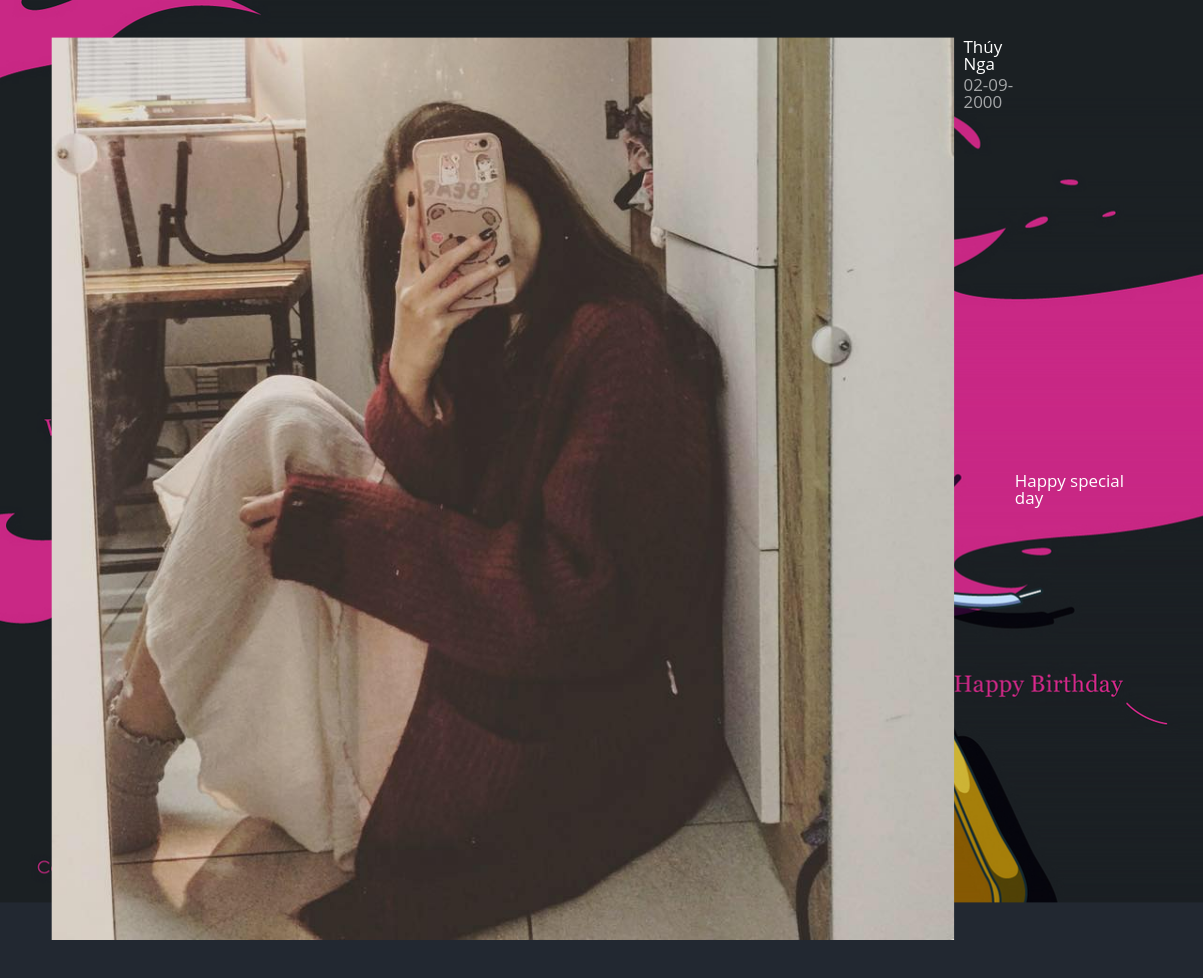
Repository: Datt21/p-happyB
Page: index.html
These files come from the project's save history. The page is drawn as it stood at one moment and after the next save; the edit follows.
The browser window is 1280 px wide. The pictures show the whole page, at 94% of full size.
Some icons come from a web library that is not loaded, so they are not drawn.

Above is the page before, as saved 2021-08-31 04:41:06.

### index.html
<!DOCTYPE html>
<html lang="en">
<head>
    <meta charset="UTF-8">
    <meta http-equiv="X-UA-Compatible" content="IE=edge">
    <meta name="viewport" content="width=device-width, initial-scale=1.0">
    <title>Document</title>
    <link rel="stylesheet" href="https://unicons.iconscout.com/release/v4.0.0/css/line.css">
    <link rel="stylesheet" href="./app.css">
</head>
<body>
<div class="wrapper">
    <header class="header">
        <div class="container">
            <div class="header-main">
                <div class="header-info">
                    <img src="./images/lemon.jpg" alt="" class="img-logo">
                    <div class="info">
                        <div class="info-name">Thúy Nga</div>
                        <div class="birth-day">02-09-2000 <i class="uil uil-users-alt"></i> </div>
                    </div>
                </div>

                <div class="menu">
                    <span class="text">Happy special day</span>
                </div>

                <div class="icon-gift">
                    <a href=""><i class="uil uil-gift"></i></a>
                </div>
            </div>
        </div>
    </header>
</div>
    <script src="./app.js"></script>
</body>
</html>

### app.css
html {
    box-sizing: border-box;
}

* {
    margin: 0;
    padding: 0;
}

*,
*:before,
*:after {
    box-sizing: border-box;
}

a {
    text-decoration: none;
}

img {
    display: block;
    max-width: 100%;
}

html {
    scroll-behavior: smooth;
}

body {
    font-family: "Open sans", sans-serif;
    font-size: 18px;
    line-height: 1;
    color: white;
    background-color: #222831;
    overflow-x: hidden;
}

.wrapper {
    max-width: 1700px;
    margin: 0 auto;
    background: url("../images/banner.jpg") no-repeat top/100%;
    position: relative;
}

.container {
    max-width: 1200px;
    margin: 0 auto;
    padding: 0 15px;
}

.img-logo {
    /* max-width: 40px;
    max-height: 40px;
    border-radius: 50%; */
}

.header-main {
    display: flex;
    justify-content: space-between;
    align-items: center;
    padding: 40px 0;
}

.header-info {
    display: flex;
    gap: 0 10px;
}

.info-name {
    padding-bottom: 5px;
}

.birth-day {
    opacity: 0.6;
}

Loaded but not shown: app.js (no copy from this time; the picture is the same without it)

After the next save:
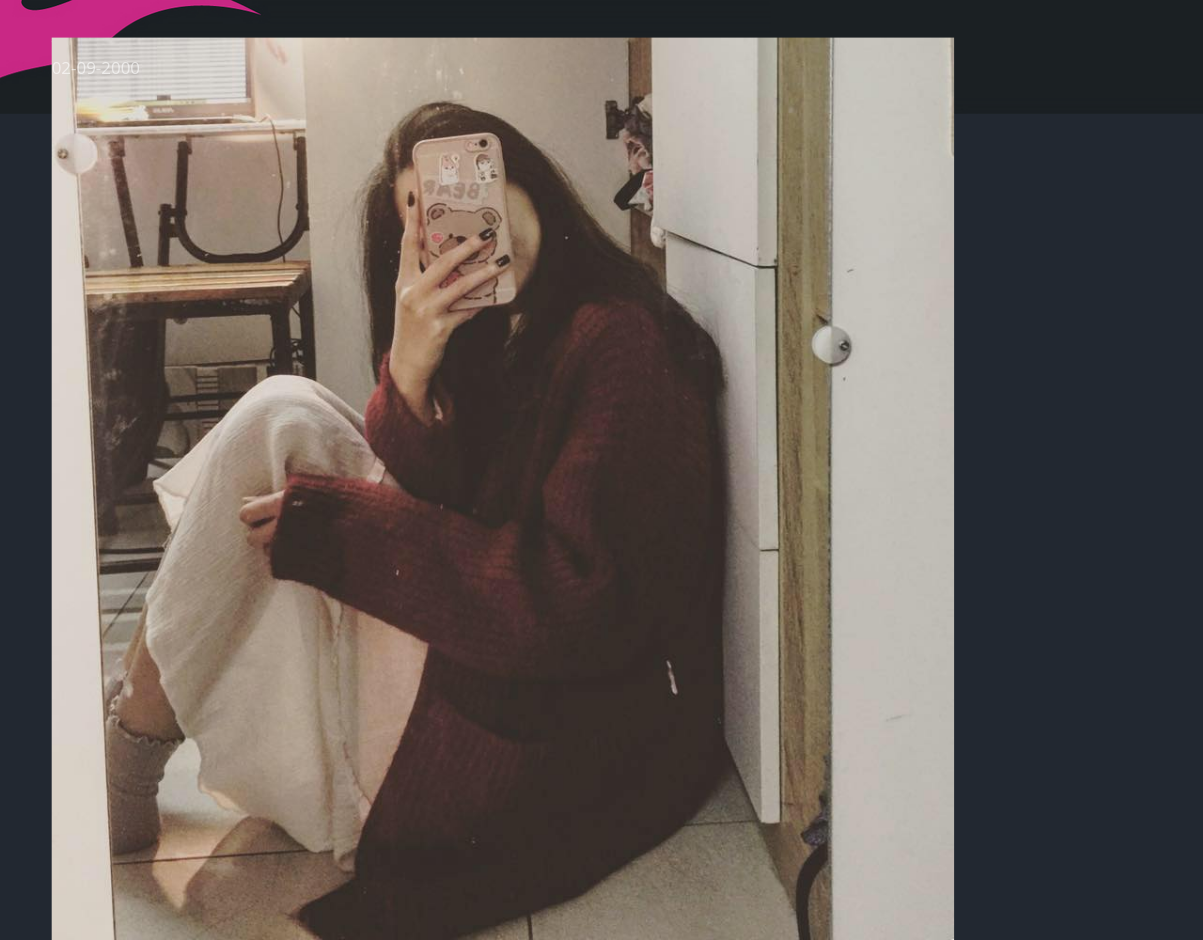
Saved 17 s later.
--- a/app.css
+++ b/app.css
@@ -49,11 +49,8 @@ body {
 }
 
 .img-logo {
-    /* max-width: 40px;
-    max-height: 40px;
-    border-radius: 50%; */
+    position: absolute;
 }
-
 .header-main {
     display: flex;
     justify-content: space-between;
